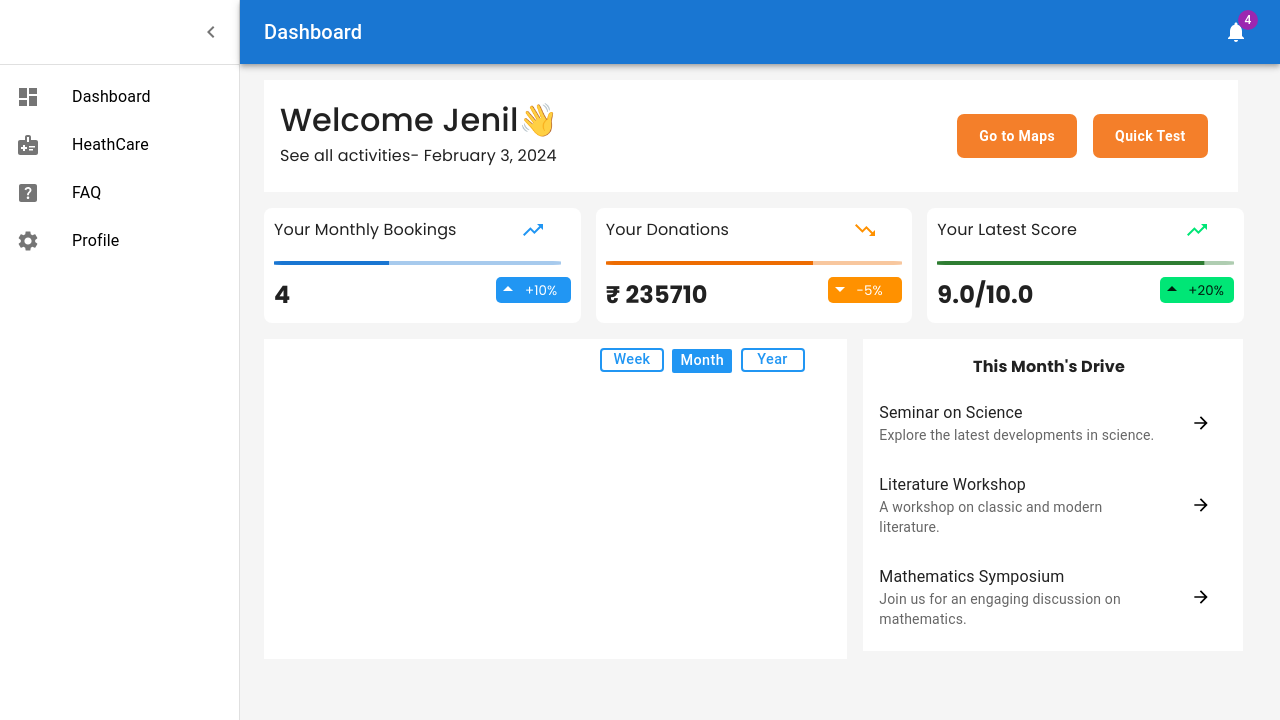
Repository: shubhampirate/Google_Solutions_Edural
Page: /dashboard
These files come from the project's save history. The page is drawn as it stood at one moment and after the next save; the edit follows.
The browser window is 1280 px wide. The pictures show the whole page.
The page's requests for data from a server got no answer. The project was rebuilt for these pictures with package versions that can differ from the ones it lists, and the page was loaded fresh each time. Some packages were replaced by stand-ins written for this rebuild. No one was signed in, and anything a server would have sent is missing. Also part of the build but not shown: src/Components/Navbar.jsx, src/Components/Footer.jsx, src/Components/CongratsCard.jsx, src/pages/Hero/Hero.jsx, src/pages/Sign_in.jsx.

Above is the page before, as saved 2024-02-03 18:53:35.

After the next save:
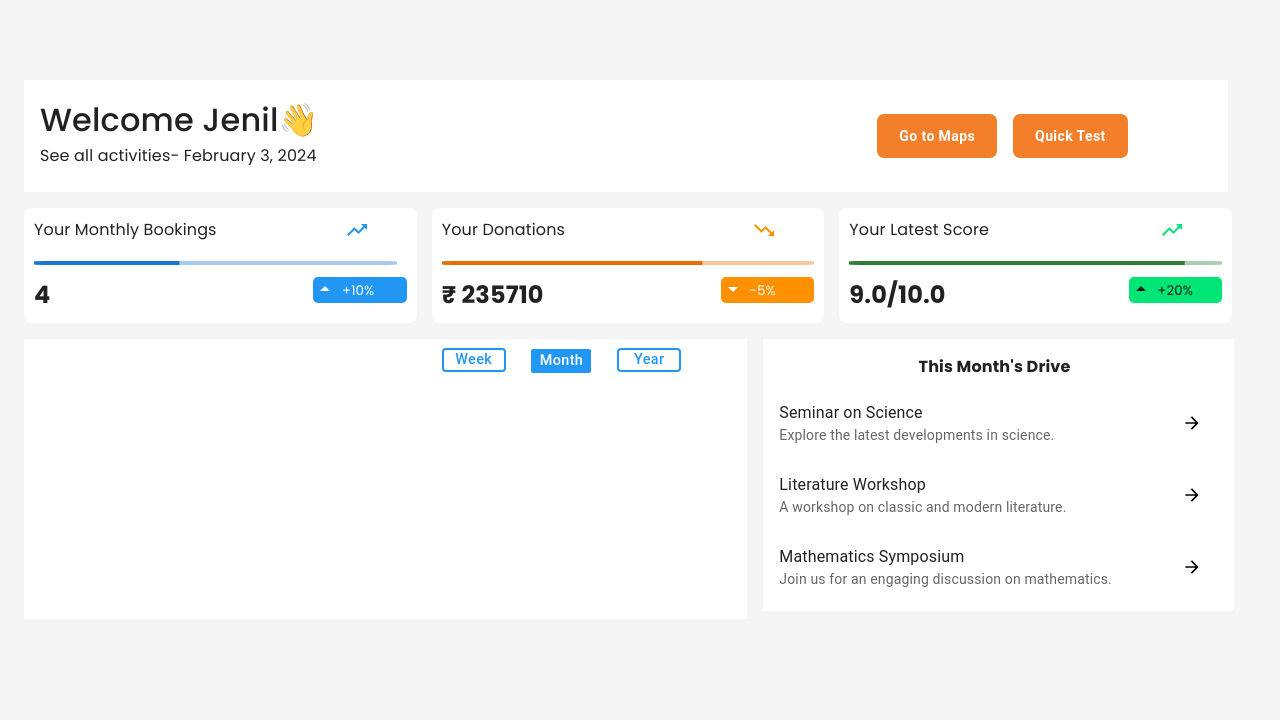
Saved 59 s later.
--- a/src/pages/Dashboard/Dashboard.jsx
+++ b/src/pages/Dashboard/Dashboard.jsx
@@ -237,59 +237,7 @@
         <ThemeProvider theme={defaultTheme}>
         <Box sx={{ display: 'flex' }} >
             <CssBaseline />
-        <AppBar position="absolute" open={open}>
-          <Toolbar
-            sx={{
-              pr: '24px', // keep right padding when drawer closed
-            }}
-          >
-            <IconButton
-              edge="start"
-              color="inherit"
-              aria-label="open drawer"
-              onClick={toggleDrawer}
-              sx={{
-                marginRight: '36px',
-                ...(open && { display: 'none' }),
-              }}
-            >
-              <MenuIcon />
-            </IconButton>
-            <Typography
-              component="h1"
-              variant="h6"
-              color="inherit"
-              noWrap
-              sx={{ flexGrow: 1 }}
-            >
-              Dashboard
-            </Typography>
-            <IconButton color="inherit">
-              <Badge badgeContent={4} color="secondary">
-                <NotificationsIcon />
-              </Badge>
-            </IconButton>
-          </Toolbar>
-        </AppBar>
-            <Drawer variant="permanent" open={open}>
-            <Toolbar
-                sx={{
-                display: 'flex',
-                alignItems: 'center',
-                justifyContent: 'flex-end',
-                px: [1],
-                }}
-            >
-                {/* <GoogleTranslateComponent /> */}
-                <IconButton onClick={toggleDrawer}>
-                <ChevronLeftIcon />
-                </IconButton>
-            </Toolbar>
-            <Divider />
-            <List component="nav">
-                {mainListItems}
-            </List>
-            </Drawer>
+
             <Box
             component="main"
             sx={{
